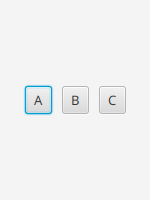
Repository: AlanVidalll/Curso-Java-Completo
Program's window: java exercicios-javafx/src/basico/PrimeiroFX.java
An editor plug-in stored every save of this project. The program's window is shown before and after the next save, followed by the edit.
It runs on Java 21 on a 1366 x 768 screen with JavaFX 11; the title bar is not drawn.

Above is the program's window before, as saved 2020-04-09 13:37:16.

After the next save:
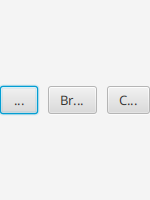
Saved 24 s later.
--- a/exercicios-javafx/src/basico/PrimeiroFX.java
+++ b/exercicios-javafx/src/basico/PrimeiroFX.java
@@ -14,9 +14,9 @@
 
 	@Override
 	public void start(Stage primaryStage) throws Exception {
-		Button botaoA = new Button("A");
-		Button botaoB = new Button("B");
-		Button botaoC = new Button("C");
+		Button botaoA = new Button("Alan");
+		Button botaoB = new Button("Bruna");
+		Button botaoC = new Button("Carla");
 
 		HBox box = new HBox();
 		box.setAlignment(Pos.CENTER);
